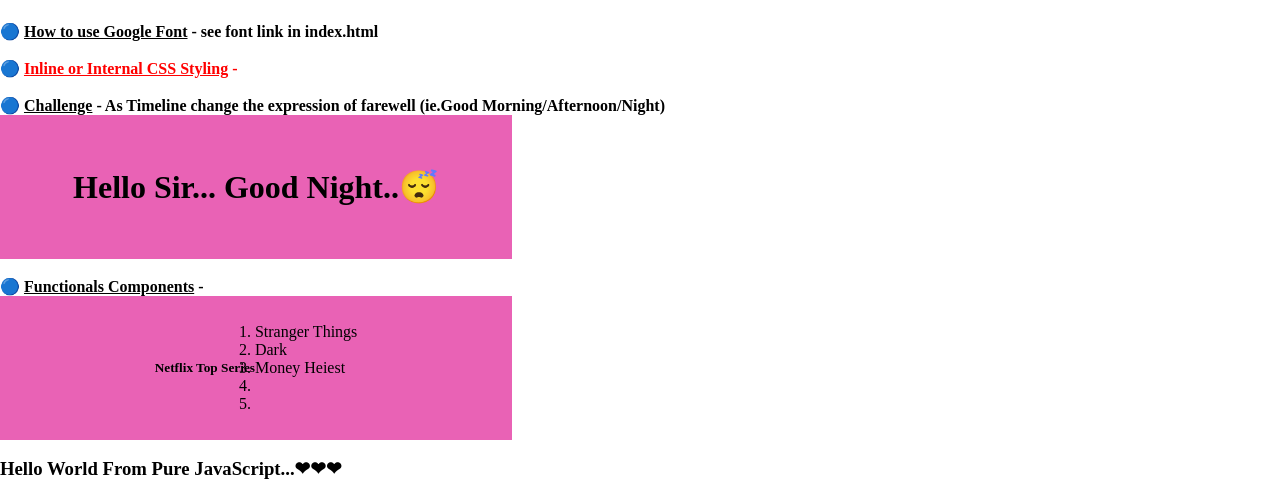
Repository: AalokJadhav/Being_ReactJS
Page: /
An editor plug-in stored every save of this project. The page is shown before and after the next save, followed by the edit.
The browser window is 1280 px wide. The pictures show the part of the page from y = 620 to 1100 px (the page is 1100 px tall before and 1062 px after).
The project was rebuilt for these pictures with package versions that can differ from the ones it lists, and the page was loaded fresh each time.

Above is the page before, as saved 2021-10-15 06:21:34.

### public/index.html
<!DOCTYPE html>
<html lang="en">

<head>
  <meta charset="utf-8" />
  <link rel="icon" href="%PUBLIC_URL%/favicon.ico" />
  <meta name="viewport" content="width=device-width, initial-scale=1" />
  <meta name="theme-color" content="#000000" />
  <meta name="description" content="Web site created using create-react-app" />
  <link rel="apple-touch-icon" href="%PUBLIC_URL%/logo192.png" />
  <!--
      manifest.json provides metadata used when your web app is installed on a
      user's mobile device or desktop. See https://developers.google.com/web/fundamentals/web-app-manifest/
    -->
  <link rel="manifest" href="%PUBLIC_URL%/manifest.json" />
  <link rel="preconnect" href="https://fonts.googleapis.com">
  <link rel="preconnect" href="https://fonts.gstatic.com" crossorigin>
  <link href="https://fonts.googleapis.com/css2?family=Josefin+Slab:ital,wght@1,200&display=swap" rel="stylesheet">
  <!--
      Notice the use of %PUBLIC_URL% in the tags above.
      It will be replaced with the URL of the `public` folder during the build.
      Only files inside the `public` folder can be referenced from the HTML.

      Unlike "/favicon.ico" or "favicon.ico", "%PUBLIC_URL%/favicon.ico" will
      work correctly both with client-side routing and a non-root public URL.
      Learn how to configure a non-root public URL by running `npm run build`.
    -->
  <title>React App</title>
</head>

<body>
  <noscript>You need to enable JavaScript to run this app.</noscript>
  <div id="root"></div>
  <!--
      This HTML file is a template.
      If you open it directly in the browser, you will see an empty page.

      You can add webfonts, meta tags, or analytics to this file.
      The build step will place the bundled scripts into the <body> tag.

      To begin the development, run `npm start` or `yarn start`.
      To create a production bundle, use `npm run build` or `yarn build`.
    -->
</body>

</html>

### src/index.js
// var React = require ('react');
// var ReactDom = require ('react-dom');

import { getRoles } from '@testing-library/react';
import React from 'react';
import ReactDom from 'react-dom';
import './index.css';

const fullDate = new Date();
const date = fullDate.toLocaleDateString();
const time = fullDate.toLocaleTimeString();

const CurrDate = new Date(2021, 14, 10, 21);
const hour = CurrDate.getHours();
let greeting = '';

const cssStyle = {}

if (hour >= 1 && hour < 12) {
  greeting = 'Good Mooring..🙂';
  cssStyle.color = 'green';
} else if (hour >= 12 && hour < 19) {
  greeting = 'Good Afternoon..🙄';
  cssStyle.color = 'orange';
} else {
  greeting = 'Good Night..😴';
}
const RandomImgUrl = 'https://picsum.photos/2000';
const RandomImgUrl1 = 'https://picsum.photos/900';
const RandomImgUrl2 = 'https://picsum.photos/800';
ReactDom.render(

  //Fragments in ReactJS - Use <> </>  or <React.Fragment></React.Fragment>
  <>
    <h1 className="heading">Being React</h1><br />
    <h3>Hello  World From ReactJS...✋</h3><br />

    <h4>🔵 <u>Display Current date and time in JSX</u> -</h4><br />
    <div className="content">
      <p>Current Date is {`${date}`} </p>
      <p>Current Time is {`${time} `} </p>
    </div>
    <br />

    <h4>🔵 <u>JSX Attributes for random image</u> -</h4><br />
    <div className="img_div">
      <img src={RandomImgUrl} alt='random image1' />
      <img src={RandomImgUrl1} alt='random image2' />
      <img src={RandomImgUrl2} alt='random image3' />
    </div>
    <br />

    <h4>🔵 <u>How to use Google Font</u> -  see font link in index.html </h4>
    <div className="content">

    </div>
    <br />

    <h4 style={{ color: 'red', fontFamily: 'serif' }}>🔵 <u>Inline or Internal CSS Styling</u> -</h4>
    <div className="content">

    </div>
    <br />

    <h4>🔵 <u>Challenge</u> - As Timeline change the expression of farewell (ie.Good Morning/Afternoon/Night)</h4>
    <div className="challenge1">
      <h1>Hello Sir...<span style={cssStyle}> {greeting}</span></h1>
    </div>
    <br />

    <h4>🔵 <u>Functionals Components</u> - </h4>
    <div className="challenge1">
      <h5>Netflix Top Series</h5>
      <ol>
        <li>Stranger Things</li>
        <li>Dark</li>
        <li>Money Heiest</li>
        <li></li>
        <li></li>
      </ol>
    </div>
    <br />

  </>,
  document.getElementById('root'));
<br />


// In Pure JavaScript
var h3 = document.createElement('h3');
h3.innerHTML = 'Hello  World From Pure JavaScript...❤❤❤';
document.getElementById('root').appendChild(h3);

### src/index.css
/* body {
  margin: 0;
  font-family: -apple-system, BlinkMacSystemFont, 'Segoe UI', 'Roboto', 'Oxygen',
    'Ubuntu', 'Cantarell', 'Fira Sans', 'Droid Sans', 'Helvetica Neue',
    sans-serif;
  -webkit-font-smoothing: antialiased;
  -moz-osx-font-smoothing: grayscale;
}

code {
  font-family: source-code-pro, Menlo, Monaco, Consolas, 'Courier New',
    monospace;
} */


*{margin: 0; padding: 0; box-sizing: border-box;};

.heading {
  color: #fa9191;
  text-align: center;
  text-transform: capitalize;
  font-weight: bold;
  padding-left: 2%;
  font-family: 'Josefin Slab', serif;
}

.img_div img{
  width: 33%;
  height: 5%;
  margin: auto;
  padding-left: 2%;
}

.content {
  padding-left: 2%;
}

.challenge1 {
  background-color: rgb(233, 98, 181);
  width: 40%;
  height: 20vh;
  display: flex;
  justify-content: center;
  align-items: center;
  margin-top: -0px;
}

After the next save:
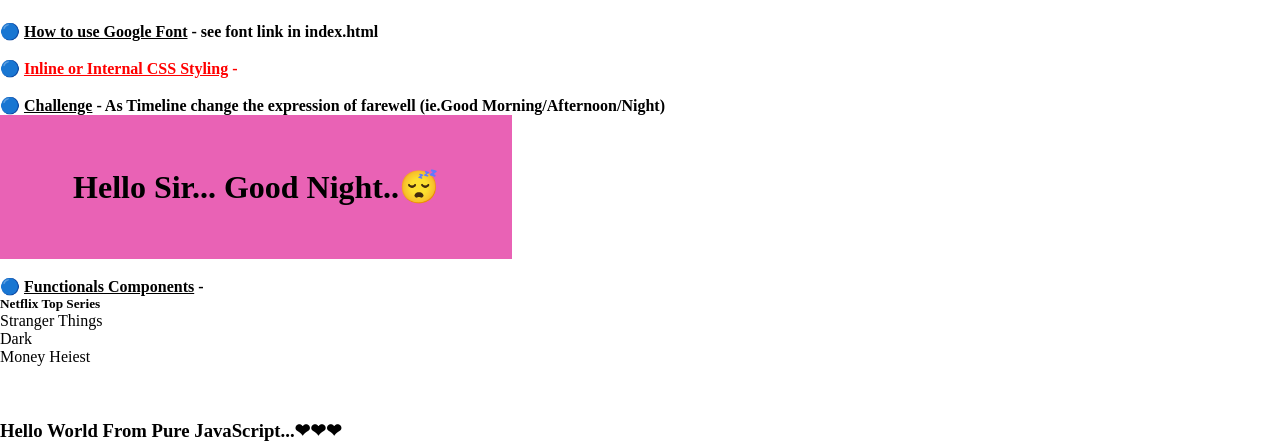
Saved 22 s later.
--- a/src/index.js
+++ b/src/index.js
@@ -69,7 +69,7 @@ ReactDom.render(
     <br />
 
     <h4>🔵 <u>Functionals Components</u> - </h4>
-    <div className="challenge1">
+    <div className="challenge">
       <h5>Netflix Top Series</h5>
       <ol>
         <li>Stranger Things</li>
